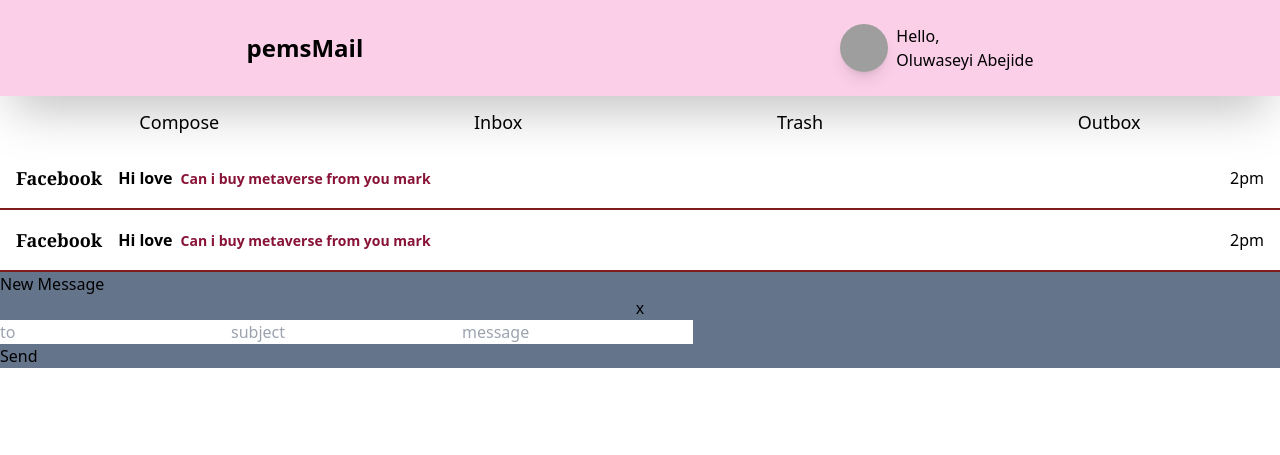
Repository: Semanmernstack/mailclone
Page: /
These files come from the project's save history. The page is drawn as it stood at one moment and after the next save; the edit follows.
The browser window is 1280 px wide. The pictures show the whole page.
Pictures or frames that could not be fetched are drawn as grey boxes. The project was rebuilt for these pictures with package versions that can differ from the ones it lists, and the page was loaded fresh each time. Also part of the build but not shown: src/features/counter/Counter.module.css, src/features/counter/Counter.js, src/Mail.js.

Above is the page before, as saved 2023-01-16 03:45:33.

### src/App.js
import React from 'react';

import { Counter } from './features/counter/Counter';
import Header from './Header';
import {
  BrowserRouter,
  Routes,
  Route,
} from "react-router-dom";
import Open from './Open';
import Topbar from './Topbar';
import Mail from './Mail';
import SendMail from './SendMail';


function App() {
  return (
    <div className="App">

      <BrowserRouter>

        <Header/>
        <Topbar/>
        <Routes>
        <Route exact path="mail" element={<Mail/>} />
          <Route exact path="/" element={<Open/>} />
        </Routes>
        <SendMail/>
      </BrowserRouter>

    </div>
  );
}

export default App;

### src/features/counter/counterSlice.js
import { createAsyncThunk, createSlice } from '@reduxjs/toolkit';
import { fetchCount } from './counterAPI';

const initialState = {
  value: 0,
  status: 'idle',
};

// The function below is called a thunk and allows us to perform async logic. It
// can be dispatched like a regular action: `dispatch(incrementAsync(10))`. This
// will call the thunk with the `dispatch` function as the first argument. Async
// code can then be executed and other actions can be dispatched. Thunks are
// typically used to make async requests.
export const incrementAsync = createAsyncThunk(
  'counter/fetchCount',
  async (amount) => {
    const response = await fetchCount(amount);
    // The value we return becomes the `fulfilled` action payload
    return response.data;
  }
);

export const counterSlice = createSlice({
  name: 'counter',
  initialState,
  // The `reducers` field lets us define reducers and generate associated actions
  reducers: {
    increment: (state) => {
      // Redux Toolkit allows us to write "mutating" logic in reducers. It
      // doesn't actually mutate the state because it uses the Immer library,
      // which detects changes to a "draft state" and produces a brand new
      // immutable state based off those changes
      state.value += 1;
    },
    decrement: (state) => {
      state.value -= 1;
    },
    // Use the PayloadAction type to declare the contents of `action.payload`
    incrementByAmount: (state, action) => {
      state.value += action.payload;
    },
  },
  // The `extraReducers` field lets the slice handle actions defined elsewhere,
  // including actions generated by createAsyncThunk or in other slices.
  extraReducers: (builder) => {
    builder
      .addCase(incrementAsync.pending, (state) => {
        state.status = 'loading';
      })
      .addCase(incrementAsync.fulfilled, (state, action) => {
        state.status = 'idle';
        state.value += action.payload;
      });
  },
});

export const { increment, decrement, incrementByAmount } = counterSlice.actions;

// The function below is called a selector and allows us to select a value from
// the state. Selectors can also be defined inline where they're used instead of
// in the slice file. For example: `useSelector((state: RootState) => state.counter.value)`
export const selectCount = (state) => state.counter.value;

// We can also write thunks by hand, which may contain both sync and async logic.
// Here's an example of conditionally dispatching actions based on current state.
export const incrementIfOdd = (amount) => (dispatch, getState) => {
  const currentValue = selectCount(getState());
  if (currentValue % 2 === 1) {
    dispatch(incrementByAmount(amount));
  }
};

export default counterSlice.reducer;

### src/Header.js
import React from 'react'

function Header() {
  return (
    <div className="flex items-center justify-around p-2     h-24 bg-pink-200 border-b-pink-800 shadow-2xl">
        <div>
            <h1 className="text-lg md:text-2xl font-semibold">pemsMail</h1>

        </div>
        <div className="flex items-center justify-evenly">

            <img className="h-12 w-12 rounded-full shadow-lg" src="https://cdn.pixabay.com/photo/2022/12/01/12/26/countryside-7629017__340.jpg" alt="pic" />
            <div className="ml-2">
                <p>Hello,</p>
                <p>Oluwaseyi Abejide</p>
            </div>
        </div>
    </div>
  )
}

export default Header

### src/Open.js
import React from 'react'
import OpenRow from './OpenRow'

function Open() {
  return (
    <div>
         <OpenRow
                    title="Facebook"
                    subject="Hi love"
                    description="Can i buy metaverse from you mark"
                    time="2pm"
                />
                <OpenRow
                    title="Facebook"
                    subject="Hi love"
                    description="Can i buy metaverse from you mark"
                    time="2pm"
                />
    </div>
  )
}

export default Open

### src/Topbar.js
import React from 'react'

function Topbar() {
  return (
    <div className="flex items-center justify-around text-lg p-3">
        <div className='hover:underline hover:text-red-900 hover:text-2xl'>
            <p>Compose</p>
        </div>
        <div className='hover:underline hover:text-red-900 hover:text-2xl'>
            <p>Inbox</p>
        </div>
        <div className='hover:underline hover:text-red-900 hover:text-2xl'>
            <p>Trash</p>
        </div>
        <div className='hover:underline hover:text-red-900 hover:text-2xl'>
            <p>Outbox</p>
        </div>
    </div>
  )
}

export default Topbar

### src/SendMail.js
import React from 'react'
import { useForm } from "react-hook-form";

function SendMail() {
    const { register, handleSubmit, formState: { errors } } = useForm();
    const onSubmit = (formData) => {}
  return (
    <div className=" flex flex-col width-[360px] bg-slate-500">
            <div className=" flex flex-col">
                <h3>New Message</h3>
                <button   >x</button>
            </div>
            <form onSubmit={handleSubmit(onSubmit)} >
                <input type="emails"
                    placeholder='to'
                    {...register("to", { required: true })}

                />
                {errors.to && <p className=''>To is Requred</p>}

                <input type="text"
                    placeholder='subject'
                    {...register("subject", { required: true })}

                />
                {errors.subject && <p className=''>Subject is Requred</p>}


                <input type="text"
                    placeholder='message'
                    className=''
                    {...register("message", { required: true })}
                />
                {errors.message && <p className=''>message is Requred</p>}


                <div className="">
                    <button>Send</button>
                </div>
            </form>

        </div>
  )
}

export default SendMail

### src/OpenRow.js
import React from 'react'

function OpenRow({ title, subject, description, time }) {
  return (
    <div className="flex  items-center gap-4 border-b-2 border-b-red-900 p-4">
      <div className="font-bold font-serif text-lg">
            <h3>{title}</h3>
        </div>
        <div className="flex-1">
            <h4 className="font-bold">{subject}
                <span className="ml-2 text-sm truncate text-rose-900"  >{description}</span>
            </h4>
        </div>
        <div className="">
            <h4>{time}</h4>
        </div>
    </div>
  )
}

export default OpenRow

Loaded but not shown: public/index.html (common file); src/index.js (common file); src/app/store.js (common file); src/reportWebVitals.js (common file); src/index.css (common file); src/features/counter/counterAPI.js (common file); tailwind.config.js (common file)

After the next save:
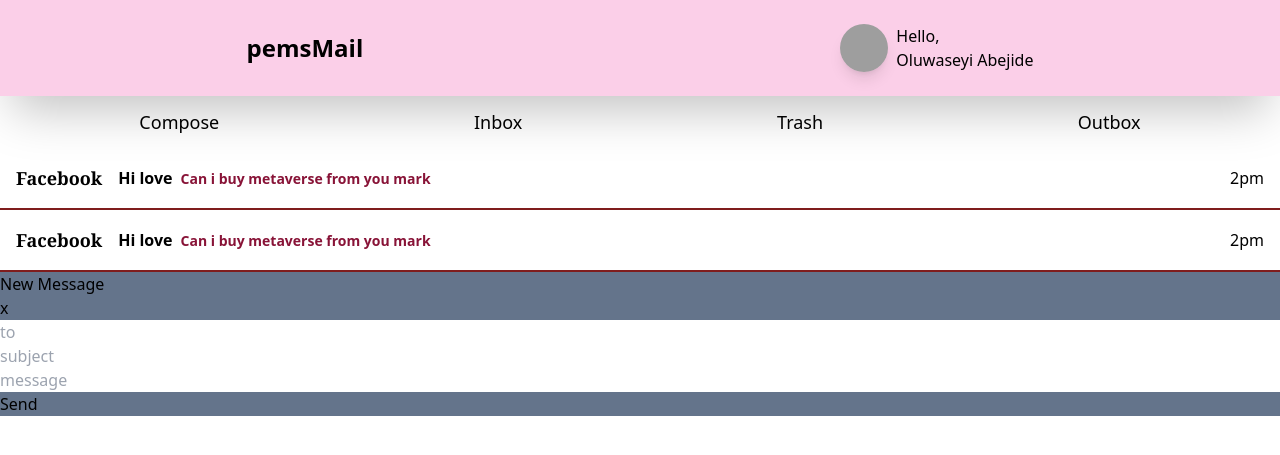
Saved 82 s later.
--- a/src/SendMail.js
+++ b/src/SendMail.js
@@ -6,11 +6,11 @@ function SendMail() {
     const onSubmit = (formData) => {}
   return (
     <div className=" flex flex-col width-[360px] bg-slate-500">
-            <div className=" flex flex-col">
+            <div className=" ">
                 <h3>New Message</h3>
                 <button   >x</button>
             </div>
-            <form onSubmit={handleSubmit(onSubmit)} >
+            <form onSubmit={handleSubmit(onSubmit)} className="flex flex-col" >
                 <input type="emails"
                     placeholder='to'
                     {...register("to", { required: true })}
